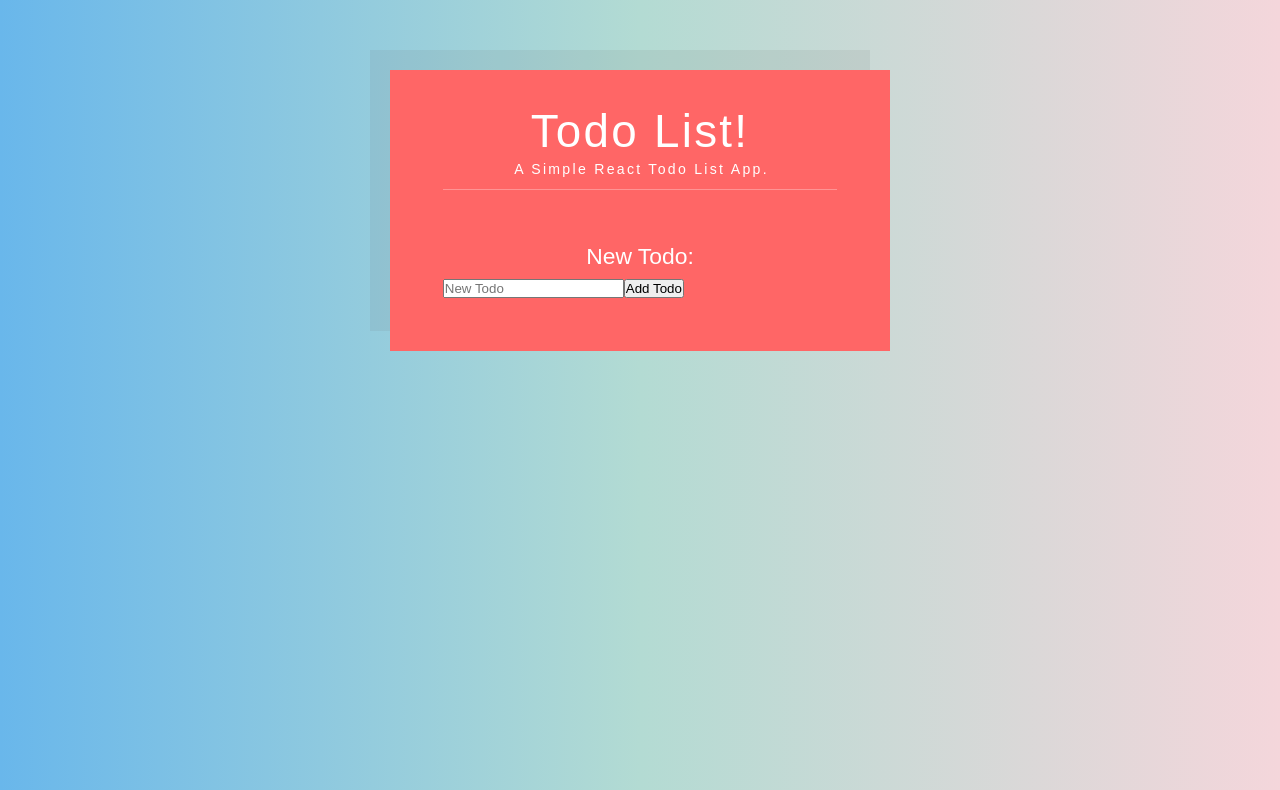
Repository: zhapar/todo-app
Page: /
These files come from the project's save history. The page is drawn as it stood at one moment and after the next save; the edit follows.
The browser window is 1280 px wide. The pictures show the whole page.
Some web libraries are served in a nearby version. The project was rebuilt for these pictures with package versions that can differ from the ones it lists, and the page was loaded fresh each time. Also part of the build but not shown: src/Todo.css, src/Todo.js.

Above is the page before, as saved 2020-08-26 21:38:54.

### public/index.html
<!DOCTYPE html>
<html lang="en">

<head>
  <meta charset="utf-8" />
  <link rel="icon" href="%PUBLIC_URL%/favicon.ico" />
  <meta name="viewport" content="width=device-width, initial-scale=1" />
  <meta name="theme-color" content="#000000" />
  <meta name="description" content="Web site created using create-react-app" />
  <link rel="apple-touch-icon" href="%PUBLIC_URL%/logo192.png" />
  <link rel="stylesheet" href="https://cdnjs.cloudflare.com/ajax/libs/font-awesome/5.14.0/css/all.min.css"
    integrity="sha512-1PKOgIY59xJ8Co8+NE6FZ+LOAZKjy+KY8iq0G4B3CyeY6wYHN3yt9PW0XpSriVlkMXe40PTKnXrLnZ9+fkDaog=="
    crossorigin="anonymous" />
  <!--
      manifest.json provides metadata used when your web app is installed on a
      user's mobile device or desktop. See https://developers.google.com/web/fundamentals/web-app-manifest/
    -->
  <link rel="manifest" href="%PUBLIC_URL%/manifest.json" />
  <!--
      Notice the use of %PUBLIC_URL% in the tags above.
      It will be replaced with the URL of the `public` folder during the build.
      Only files inside the `public` folder can be referenced from the HTML.

      Unlike "/favicon.ico" or "favicon.ico", "%PUBLIC_URL%/favicon.ico" will
      work correctly both with client-side routing and a non-root public URL.
      Learn how to configure a non-root public URL by running `npm run build`.
    -->
  <title>Todo List</title>
</head>

<body>
  <noscript>You need to enable JavaScript to run this app.</noscript>
  <div id="root"></div>
  <!--
      This HTML file is a template.
      If you open it directly in the browser, you will see an empty page.

      You can add webfonts, meta tags, or analytics to this file.
      The build step will place the bundled scripts into the <body> tag.

      To begin the development, run `npm start` or `yarn start`.
      To create a production bundle, use `npm run build` or `yarn build`.
    -->
</body>

</html>

### src/index.css
* {
  margin: 0;
  padding: 0;
  box-sizing: border-box;
}

html,
body {
  background: linear-gradient(90deg, #69b7eb, #b3dbd3, #f4d6db);
  font-size: 1.1rem;
  font-family: 'Quicksand', sans-serif;
  height: 100%;
}

### src/App.js
import React from "react";
import TodoList from "./TodoList";
import "./App.css";

function App() {
  return (
    <div className="App">
      <TodoList />
    </div>
  );
}

export default App;

### src/TodoList.js
import React, { Component } from "react";
import NewTodoForm from "./NewTodoForm";
import Todo from "./Todo";
import "./TodoList.css";

class TodoList extends Component {
  constructor(props) {
    super(props);
    this.state = {
      todos: [],
    };
    this.create = this.create.bind(this);
    this.remove = this.remove.bind(this);
    this.update = this.update.bind(this);
    this.toggleCompletetion = this.toggleCompletetion.bind(this);
  }

  create(newTask) {
    this.setState({ todos: [...this.state.todos, newTask] });
  }

  remove(id) {
    const todos = this.state.todos.filter((todo) => todo.id !== id);
    this.setState({ todos });
  }

  update(id, updatedTask) {
    const todos = this.state.todos.map((todo) => {
      if (todo.id === id) {
        return { ...todo, task: updatedTask };
      }
      return todo;
    });

    this.setState({ todos });
  }

  toggleCompletetion(id) {
    const todos = this.state.todos.map((todo) => {
      if (todo.id === id) {
        return { ...todo, completed: !todo.completed };
      }
      return todo;
    });

    this.setState({ todos });
  }

  render() {
    const todos = this.state.todos.map((todo) => {
      return (
        <Todo
          key={todo.id}
          id={todo.id}
          task={todo.task}
          completed={todo.completed}
          removeTodo={this.remove}
          updateTodo={this.update}
          toggleTodo={this.toggleCompletetion}
        />
      );
    });
    return (
      <div className="TodoList">
        <h1>
          Todo List! <span>A Simple React Todo List App.</span>
        </h1>
        <ul>{todos}</ul>
        <NewTodoForm createTask={this.create} />
      </div>
    );
  }
}

export default TodoList;

### src/NewTodoForm.js
import React, { Component } from "react";
import { v4 as uuid } from "uuid";
import "./NewTodoForm.css";

class NewTodoForm extends Component {
  constructor(props) {
    super(props);
    this.state = { task: "" };
    this.handleChange = this.handleChange.bind(this);
    this.handleSubmit = this.handleSubmit.bind(this);
  }

  handleChange(e) {
    this.setState({ [e.target.name]: e.target.value });
  }

  handleSubmit(e) {
    e.preventDefault();
    this.props.createTask({ ...this.state, id: uuid(), completed: false });
    this.setState({ task: "" });
  }

  render() {
    return (
      <form className="NewTodoForm" onSubmit={this.handleSubmit}>
        <label htmlFor="task">New Todo: </label>
        <input
          placeholder="New Todo"
          type="text"
          name="task"
          id="task"
          value={this.state.task}
          onChange={this.handleChange}
        />
        <button>Add Todo</button>
      </form>
    );
  }
}

export default NewTodoForm;

### src/TodoList.css
.TodoList {
  margin: 4rem auto;
  padding: 2rem 3rem 3rem;
  max-width: 500px;
  background: #ff6666;
  color: #ffffff;
  box-shadow: -20px -20px 0px 0px rgba(100, 100, 100, 0.1);
}

.TodoList ul {
  margin-top: 2.6rem;
  list-style: none;
}

.TodoList h1 {
  font-weight: normal;
  font-size: 2.6rem;
  letter-spacing: 0.05em;
  border-bottom: 1px solid rgba(255, 255, 255, 0.3);
}

.TodoList h1 span {
  display: block;
  font-size: 0.8rem;
  margin-bottom: 0.7rem;
  margin-left: 3px;
  margin-top: 0.2rem;
}

### src/NewTodoForm.css
.NewTodoForm {
  margin-top: 3rem;
  display: flex;
  flex-wrap: wrap;
}

.NewTodoForm label {
  min-width: 100%;
  margin-bottom: 0.5rem;
  font-size: 1.3rem;
}

Loaded but not shown: src/index.js (common file); src/serviceWorker.js (common file); src/App.css (common file)

After the next save:
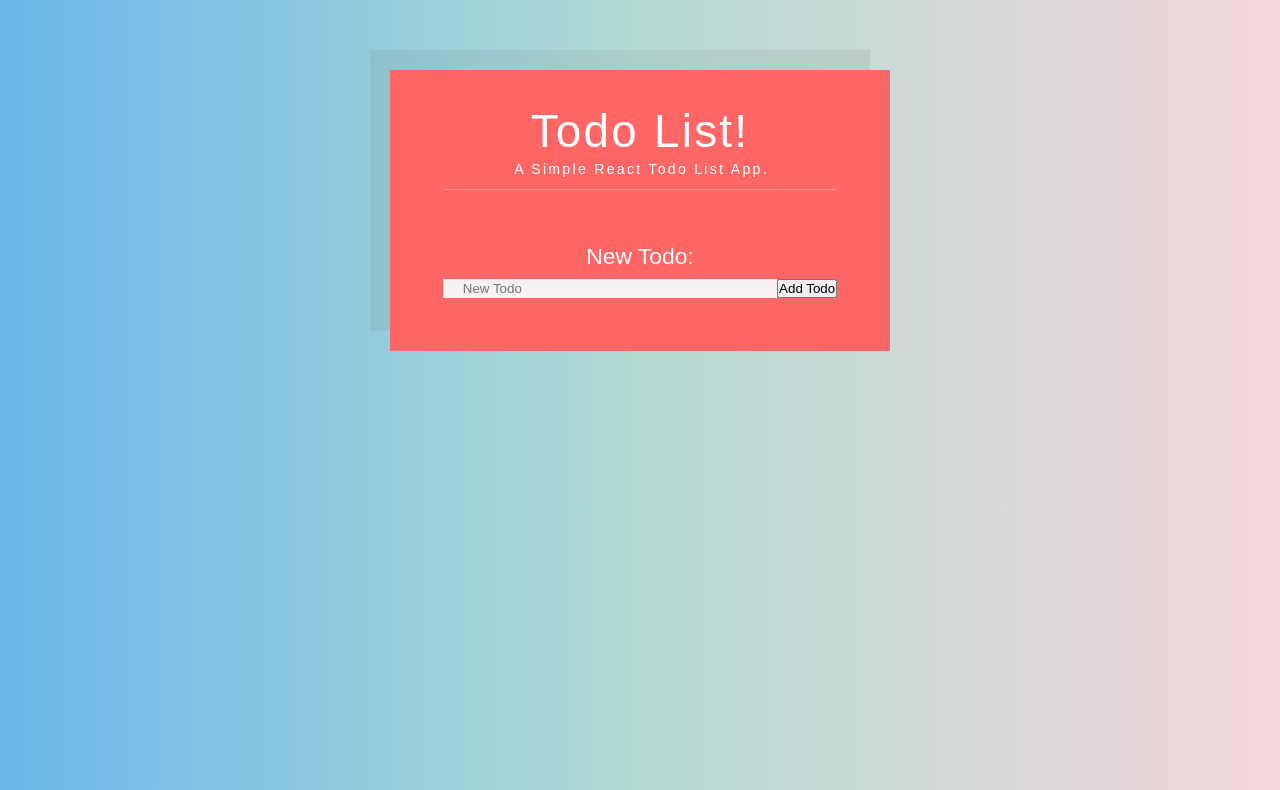
Saved 45 s later.
--- a/src/NewTodoForm.css
+++ b/src/NewTodoForm.css
@@ -9,3 +9,10 @@
   margin-bottom: 0.5rem;
   font-size: 1.3rem;
 }
+
+.NewTodoForm input {
+  flex-grow: 1;
+  border: none;
+  background: #f7f1f1;
+  padding: 0 1.5em;
+}
